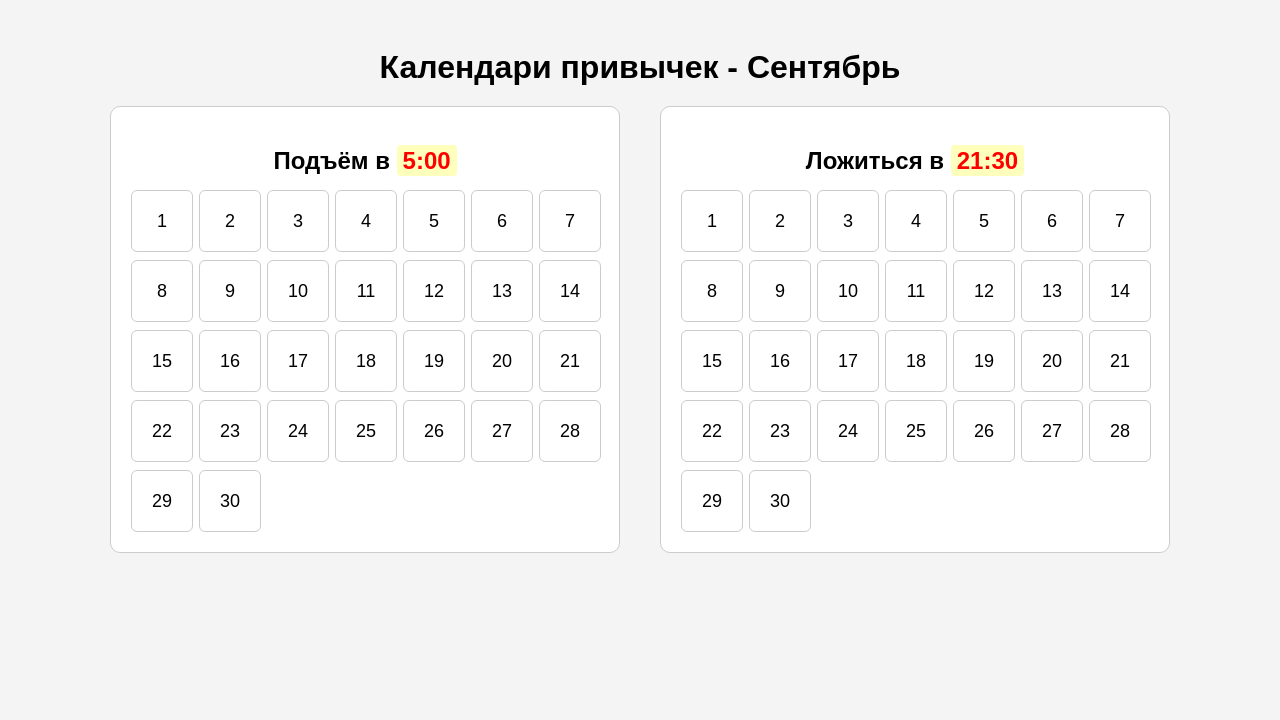
Repository: Pavel1776/doublecalendar
Page: index.html
An editor plug-in stored every save of this project. The page is shown before and after the next save, followed by the edit.
The browser window is 1280 px wide. The pictures show the whole page.

Above is the page before, as saved 2025-09-17 16:17:05.

After the next save:
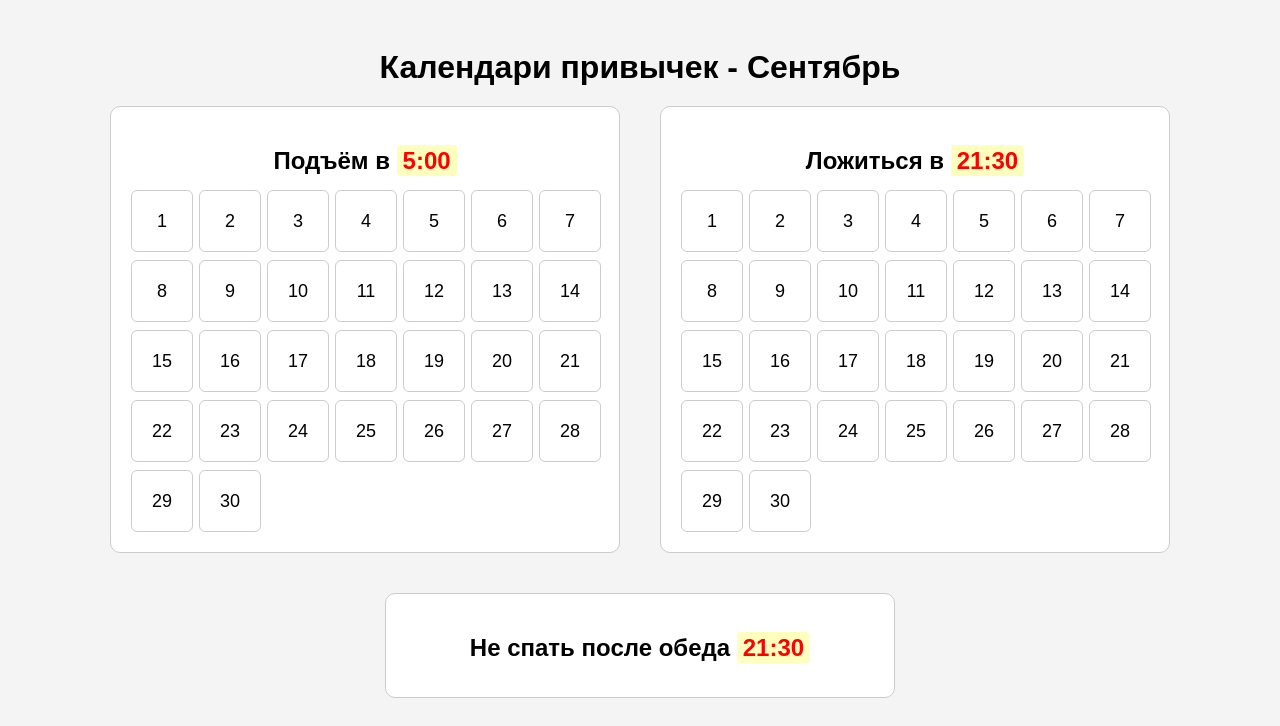
Saved 11 h 18 min later.
--- a/index.html
+++ b/index.html
@@ -24,7 +24,13 @@
       <h2>Ложиться в <span class="highlight">21:30</span></h2>
       <div class="calendar-grid" id="calendar2"></div>
     </div>
+    <!-- Третий календарь -->
+    <div class="calendar">
+      <h2>Не спать после обеда <span class="highlight">21:30</span></h2>
+      <div class="calendar-grid" id="calendar3"></div>
+    </div>
   </div>
+
 
   <script src="script.js"></script>
 </body>
